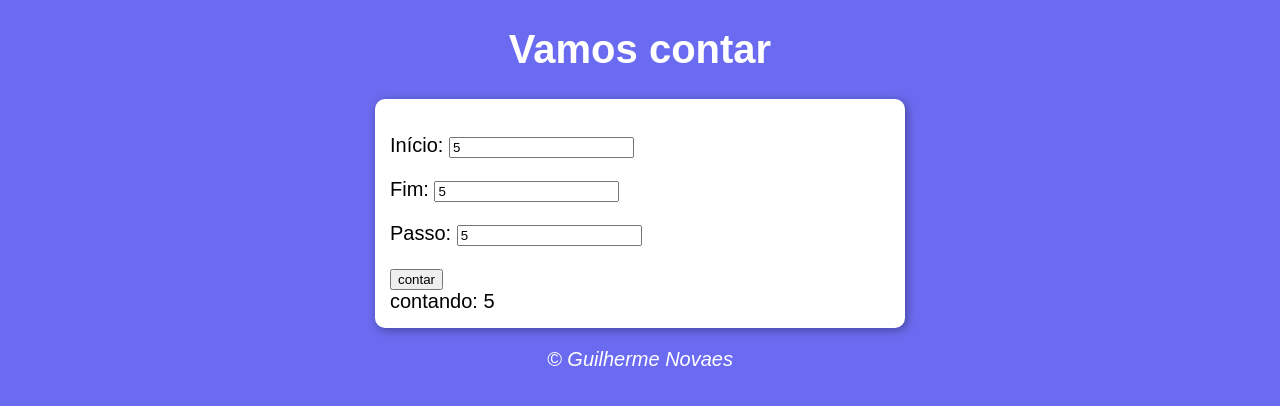
Repository: Guilherme-RNovaes/JavaScript-Curso
Page: Aula 14ex/ex016/index.html
The author's editor kept a copy of each file at every save. The page is drawn from the files as they stood at one save, then again after a run of saves.
The browser window is 1280 px wide. The pictures show the whole page.
Empty fields were first filled with sample values (such as "Sample", 5 or name@example.com).
After loading, the first visible `#dados > input` was clicked once.

Above is the page before, as saved 2022-09-07 11:23:17.

### Aula 14ex/ex016/index.html
<!DOCTYPE html>
<html lang="pt-br">
<head>
    <meta charset="UTF-8">
    <meta http-equiv="X-UA-Compatible" content="IE=edge">
    <meta name="viewport" content="width=device-width, initial-scale=1.0">
    <title>Super Contador</title>
    <link rel="stylesheet" href="src/Style/style.css">
</head>
<body>
    <header>
        <h1>Vamos contar</h1>
    </header>
    <section>
        <div id="dados">
            <p>Início: <input type="number" name="firstn" id="txti"></p>
            <p>Fim: <input type="number" name="finaln" id="txtf"></p>
            <p>Passo: <input type="number" name="passon" id="txtp"></p>
            <input type="button" value="contar" onclick="contar()">
        </div>
        <div id="res">
            Preparando Contagem...
        </div>
    </section>
    <footer>
        <p>&copy; Guilherme Novaes</p>
    </footer>
    <script src="script.js"></script>
</body>
</html>

### Aula 14ex/ex016/src/Style/style.css
body{
    background-color: rgb(107, 107, 241);
    font: normal 15pt Arial;
}
header {
    color: white;
    text-align: center;
}

section{
    background-color: white;
    border-radius: 10px;
    padding: 15px;
    width: 500px;
    margin: auto;
    box-shadow: 2px 2px 10px rgba(0, 0, 0, 0.36);
}

footer{
    color: white;
    text-align: center;
    font-style: italic;
}

div img{
    width: 250px;
    height: 250px;
    border-radius: 100%;
}

### Aula 14ex/ex016/script.js
function contar(){
    let ini = document.getElementById('txti')
    let fim = document.getElementById('txtf')
    let passo = document.getElementById('txtp')
    let res = document.getElementById('res')

    if (ini.value.length == 0 || fim.value.length == 0 || passo.value.length == 0){
        window.alert('[ERRO] Faltam dados')
    } else {
        res.innerHTML = 'contando: '
        let i = Number(ini.value)
        let f = Number(fim.value)
        let p = Number(passo.value)

        for(let c = i; c <= f; c += p){
            res.innerHTML += `${c} `
        }
    }
}

After the next 2 saves:
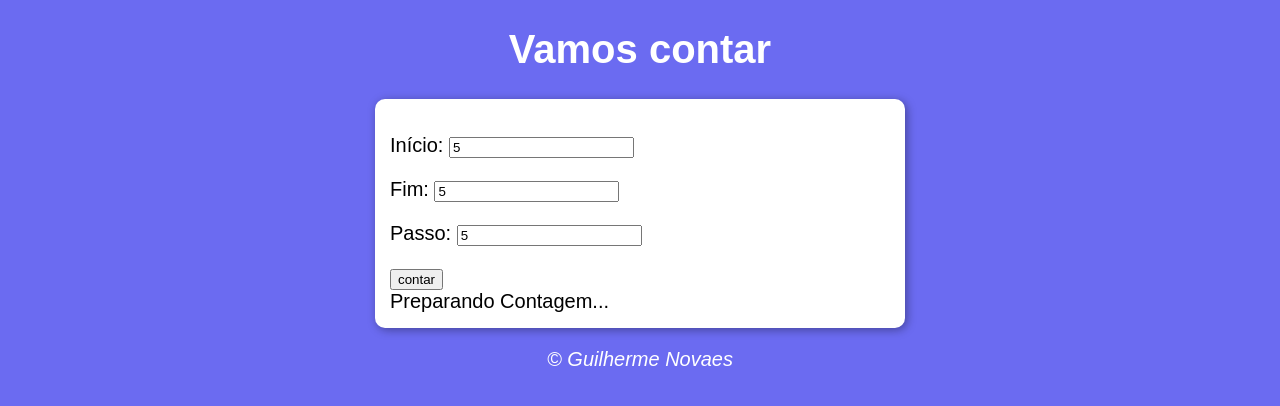
Console error (its wording comes from the project's code and is left out).
The 2 saves are shown as one change because they came seconds apart.
The last was saved 3 min 51 s later.
--- a/Aula 14ex/ex016/script.js
+++ b/Aula 14ex/ex016/script.js
@@ -13,7 +13,7 @@
         let p = Number(passo.value)
 
         for(let c = i; c <= f; c += p){
-            res.innerHTML += `${c} `
+            res.innerHTML += `${c} \u`
         }
     }
 }

After the 4 saves that followed:
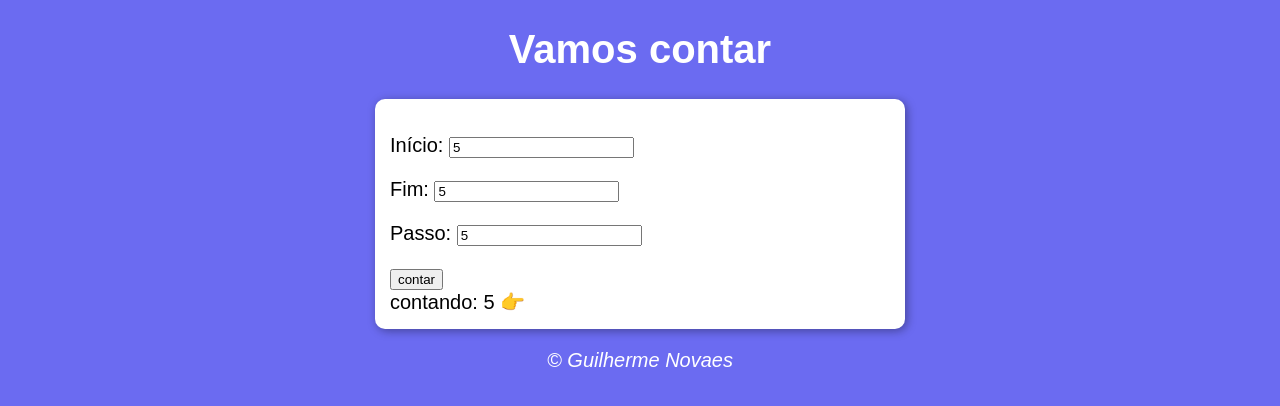
The error is gone.
The 4 saves are shown as one change because they came seconds apart.
The last was saved 12 s later.
--- a/Aula 14ex/ex016/script.js
+++ b/Aula 14ex/ex016/script.js
@@ -13,7 +13,7 @@
         let p = Number(passo.value)
 
         for(let c = i; c <= f; c += p){
-            res.innerHTML += `${c} \u`
+            res.innerHTML += `${c} \u{1F449}`
         }
     }
 }
